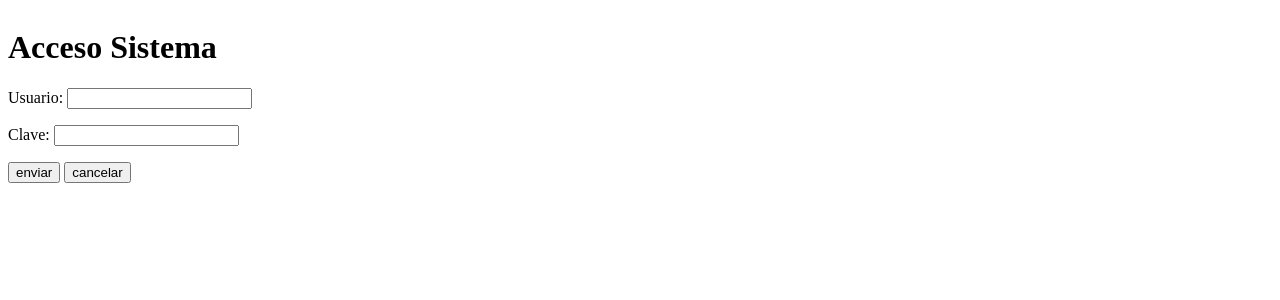
Repository: gersontp/Progra-2
Page: TrabajoFinal/src/main/resources/static/index.html
An editor plug-in stored every save of this project. The page is shown before and after the next save, followed by the edit.
The browser window is 1280 px wide. The pictures show the whole page.

Above is the page before, as saved 2017-10-14 04:16:42.

After the next save:
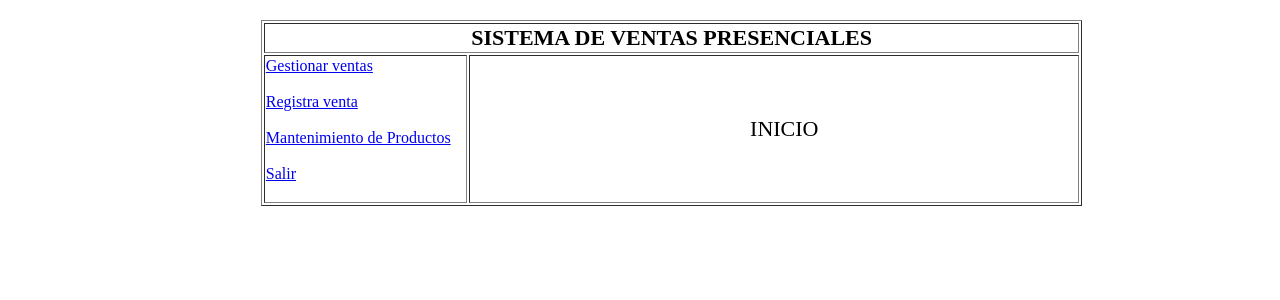
Saved 26 s later.
--- a/TrabajoFinal/src/main/resources/static/index.html
+++ b/TrabajoFinal/src/main/resources/static/index.html
@@ -2,28 +2,32 @@
 <html>
 <head>
 <meta charset="ISO-8859-1">
-<title>:: LOGIN ::</title>
+<title>:: HOME ::</title>
 </head>
 <body>
-	<div >
-	<table>
-
+	<table border="1"
+		style="width: 65%; margin-left: 20%; margin-top: 20px;">
+		<tr>
+			<td colspan="2">
+				<div style="font-size: 22px; text-align: center;">
+					<b>SISTEMA DE VENTAS PRESENCIALES</b>
+				</div>
+			</td>
+		</tr>
+		<tr>
+			<td style="width: 25%;">
+				<a href="#">Gestionar ventas</a><br></br>
+				<a Href="#">Registra venta</a> <br></br>
+				<a href="/listarProductos">Mantenimiento de Productos</a><br></br>
+				<a href="#">Salir</a> <br></br>
+			</td>
+			<td style="width: 75%;">
+				<div style="width: 100%; font-size: 12px; padding: 10px;">
+					<div style="text-align: center; font-size: 22px;">INICIO</div>
+				</div>
+			</td>
+		</tr>
 	</table>
-		<h1>Acceso Sistema</h1>
-		<form >
-			<p>
-				Usuario: <input type="text"/>
-			</p>
-			<p>
-				Clave: <input type="text"  />
-			</p>
-			<p>
-				<input type="submit" value="enviar" />
-				<input type="reset"	value="cancelar" />
-			</p>
-		</form>
-
-	</div>
 
 </body>
 </html>
